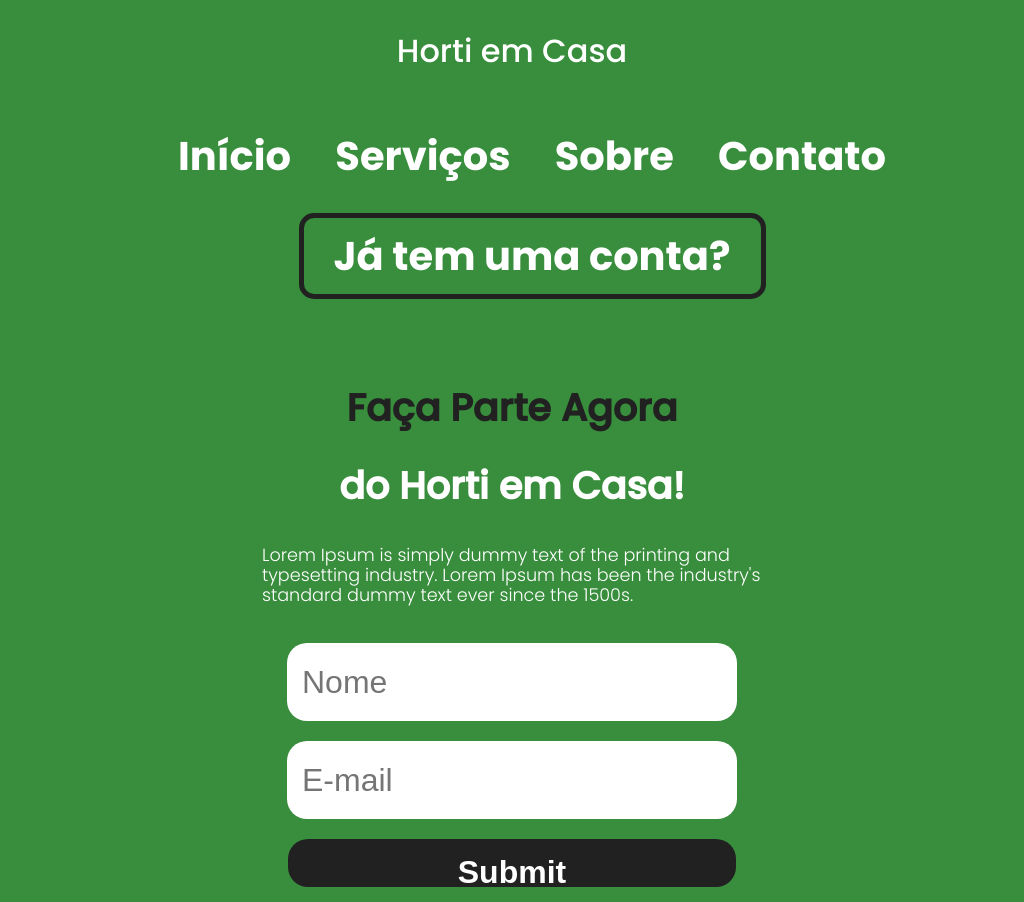
Repository: gabrielcastroo/horti-em-casa
Page: index.html
The author's editor kept a copy of each file at every save. The page is drawn from the files as they stood at one save, then again after the next save.
The browser window is 1024 px wide. The pictures show the whole page.

Above is the page before, as saved 2022-04-26 12:42:07.

### index.html
<!DOCTYPE html>
<html lang="pt-br">
<head>
    <meta charset="UTF-8">
    <meta http-equiv="X-UA-Compatible" content="IE=edge">
    <link href="styles/style.css" rel="stylesheet">
    <link href="styles/fonts.css" rel="stylesheet">
    <link href="/styles/media.css" rel="stylesheet">
    <title>Horti em Casa</title>
</head>
<body>
    <header>
        <div>
            <h1>
                Horti em Casa
            </h1>
        </div>

        <ul>
            <a href="#"><li>Início</li></a>
            <a href="#"><li>Serviços</li></a>
            <a href="#"><li>Sobre</li></a>
            <a href="#"><li>Contato</li></a>
            <a href="#" id="inscrever"><li>Já tem uma conta?</li></a>
        </ul>
    </header>

    <main>
        <aside>
            <h2>
                <span>
                    Faça Parte Agora
                </span>
            </h2>
            <h2>
                do Horti em Casa!
            </h2>
            <p>
                Lorem Ipsum is simply dummy text of the printing and typesetting industry. Lorem Ipsum has been the industry's standard dummy text ever since the 1500s.
            </p>
            <form>
                <input type = "text" id = "name" placeholder = "Nome">
                <input type = "email" id = "email" placeholder = "E-mail">
                <input type = "submit" placeholder = "Quero Participar" id="submit">
            </form>
        </aside>

        <article>
            <img src="components/images/legumes.png" alt = "legumes">
        </article>
    </main>
    <script src="js/script.js"></script>
</body>
</html>

### styles/style.css
body{
    /* background-color: rgba(#388E3C); */
    background-color: rgb(56, 142, 60);
    color: white;
    font-family: poppinsregular;
    max-Width: 1200px;
    margin: 0 auto;
    padding: 15px;
}

aside {
    display: flex;
    align-items: center;
    flex-direction: column;
}

header {
    display: flex; /* disposição dos elementos*/
    flex-direction: row;
    justify-content: space-between;
    align-items: center;

}

#title {
    flex-direction: column;
    line-height: 10px;

}

li{
    display: inline-block;
    margin: 20px;
}

a{
    color: white;
    font-family: poppinsbold;
}

a:hover {
    color: rgb(33, 33, 33);
    transition: 0.3s all;
}

#inscrever {
    border: 5px solid rgb(33, 33, 33);
    padding:10px;
    border-radius: 15px;
}

#inscrever:hover {
    background-color: rgb(33, 33, 33);
    color: white;
}

h1 {
    font-weight: 400;
    font-family: poppinsmedium;
}

h2{
    font-size: 50px;
    line-height: 15px;
    font-family: poppinsmedium;
}

main {
    display: flex; /* disposição dos elementos*/
    flex-direction: row;
    margin-top: 50px;
}

span{
    color: rgb(33, 33, 33)
}

p{
    line-height: 20px;
    max-width: 500px;
    font-family: poppinslight;
}

img {
    width: 380px;
    padding-left: 250px;
}

form {
    display: flex;
    flex-direction: column;
    width: 70%;
}

#submit {
    height: 20px;
    width: 50%;
    background-color: rgb(33,33,33);
    color: white;
    font-weight: bold;
    padding-bottom: 30px;
}

#submit:hover {
    cursor: pointer;
}

input {
    margin-top: 20px;
    height: 20px;
    padding: 15px;
    border-radius: 20px;
    border: none;
    font-size: 15px;
}

### styles/fonts.css
@font-face {
    font-family: 'poppinsblack';
    src: url('../components/fonts/poppins-black-webfont.woff2') format('woff2'),
         url('../components/fonts/poppins-black-webfont.woff') format('woff');
    font-weight: normal;
    font-style: normal;

  }




  @font-face {
    font-family: 'poppinsbold';
    src: url('../components/fonts/poppins-bold-webfont.woff2') format('woff2'),
         url('../components/fonts/poppins-bold-webfont.woff') format('woff');
    font-weight: normal;
    font-style: normal;

  }


  @font-face {
    font-family: 'poppinslight';
    src: url('../components/fonts/poppins-light-webfont.woff2') format('woff2'),
         url('../components/fonts/poppins-light-webfont.woff') format('woff');
    font-weight: normal;
    font-style: normal;

  }


  @font-face {
    font-family: 'poppinsmedium';
    src: url('../components/fonts/poppins-medium-webfont.woff2') format('woff2'),
         url('../components/fonts/poppins-medium-webfont.woff') format('woff');
    font-weight: normal;
    font-style: normal;

  }

  @font-face {
    font-family: 'poppinsregular';
    src: url('../components/fonts/poppins-regular-webfont.woff2') format('woff2'),
         url('../components/fonts/poppins-regular-webfont.woff') format('woff');
    font-weight: normal;
    font-style: normal;

  }

  @font-face {
    font-family: 'poppinssemibold';
    src: url('../components/fonts/poppins-semibold-webfont.woff2') format('woff2'),
         url('../components/fonts/poppins-semibold-webfont.woff') format('woff');
    font-weight: normal;
    font-style: normal;

  }

### styles/media.css
@media screen and (max-width: 1148px){

    a {
        font-size: 2.5em;
    }

    p {
        font-size: 1.1em;
    }

    header {
        flex-direction: column;
    }

    main {
        flex-direction: column;
    }

    h2 {
        font-size:38px;
    }

    form {
        margin: 0 auto;

    }

    #submit {
        padding: 15px;
        font-size: 2em;
        width: 28rem;
        height: 1.5em;
    }

    input{
        align-self: center;
        font-size: 2em;
        height: 1.5em;
    }

    img{
        display: none;
    }

    ul {
        text-align: center;
    }
}

### js/script.js
var input = document. querySelector("#submit");


input.addEventListener("click", function(e) {

    const name = document.querySelector("#name").value;
    const email = document.querySelector("#email").value;

    console.log(name + email)

})

After the next save:
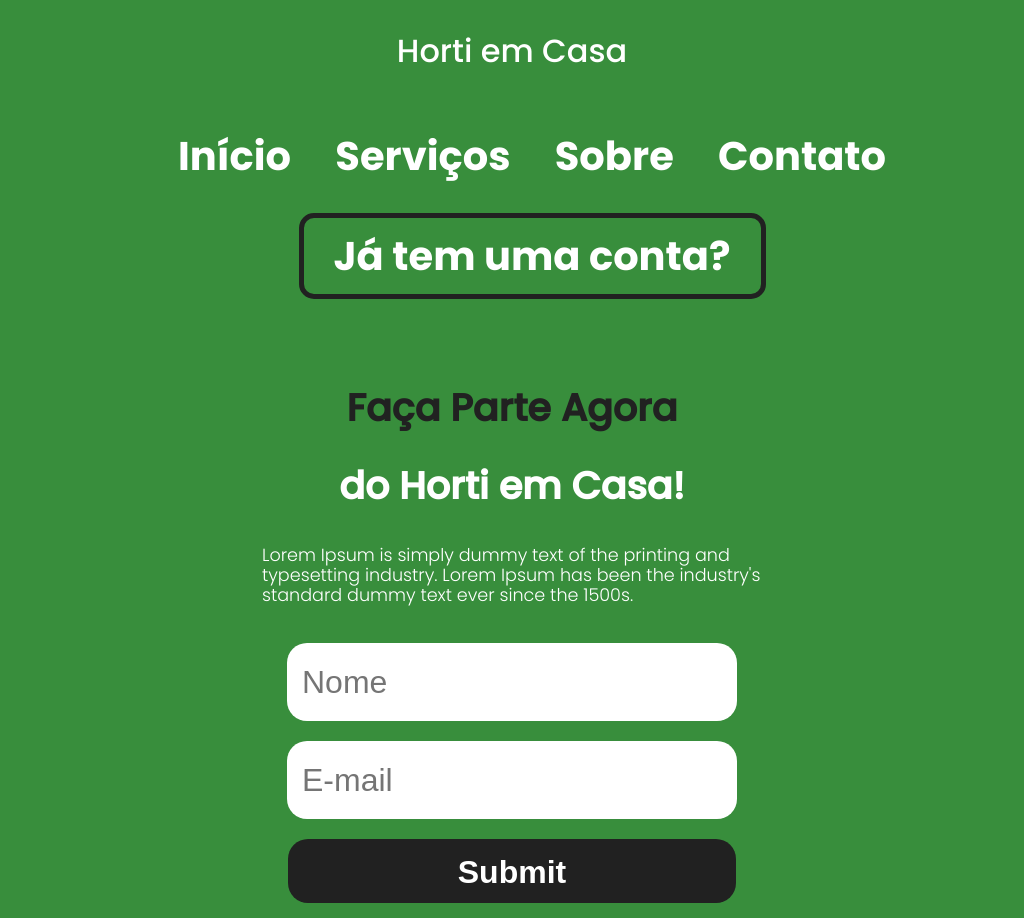
Saved 15 s later.
--- a/styles/media.css
+++ b/styles/media.css
@@ -29,7 +29,7 @@
         padding: 15px;
         font-size: 2em;
         width: 28rem;
-        height: 1.5em;
+        height: 2em;
     }
 
     input{
